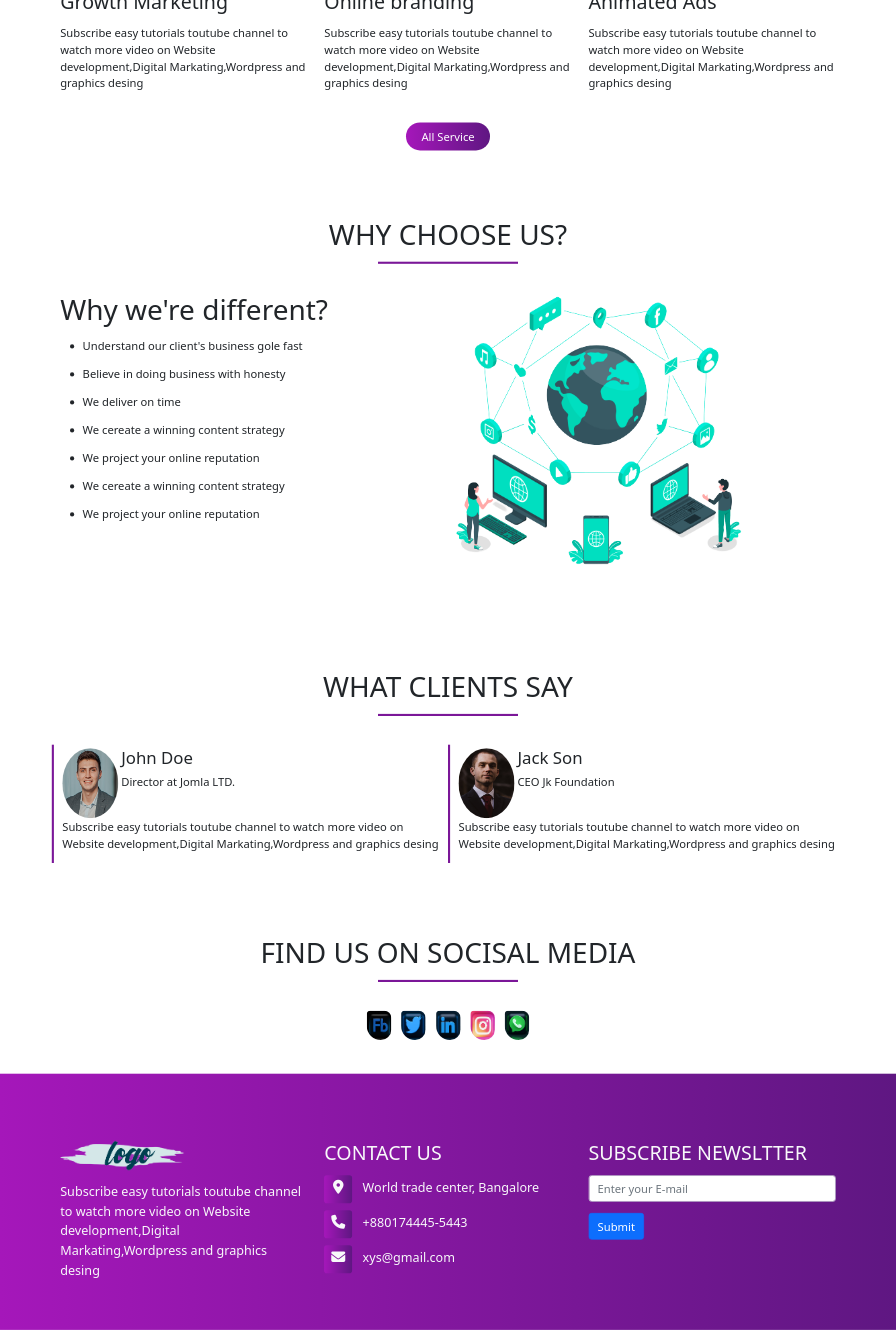
Repository: zjria/PSD-to-HTML-DIGITAL-AGENCY
Page: index.html
The author's editor kept a copy of each file at every save. The page is drawn from the files as they stood at one save, then again after the next save.
The browser window is 1280 px wide. The pictures show the part of the page from y = 797 to 2717 px (the page is 2697 px tall before and 2717 px after), at 70% of full size.
Some web libraries are served in a nearby version.

Above is the page before, as saved 2022-05-11 23:35:20.

After the next save:
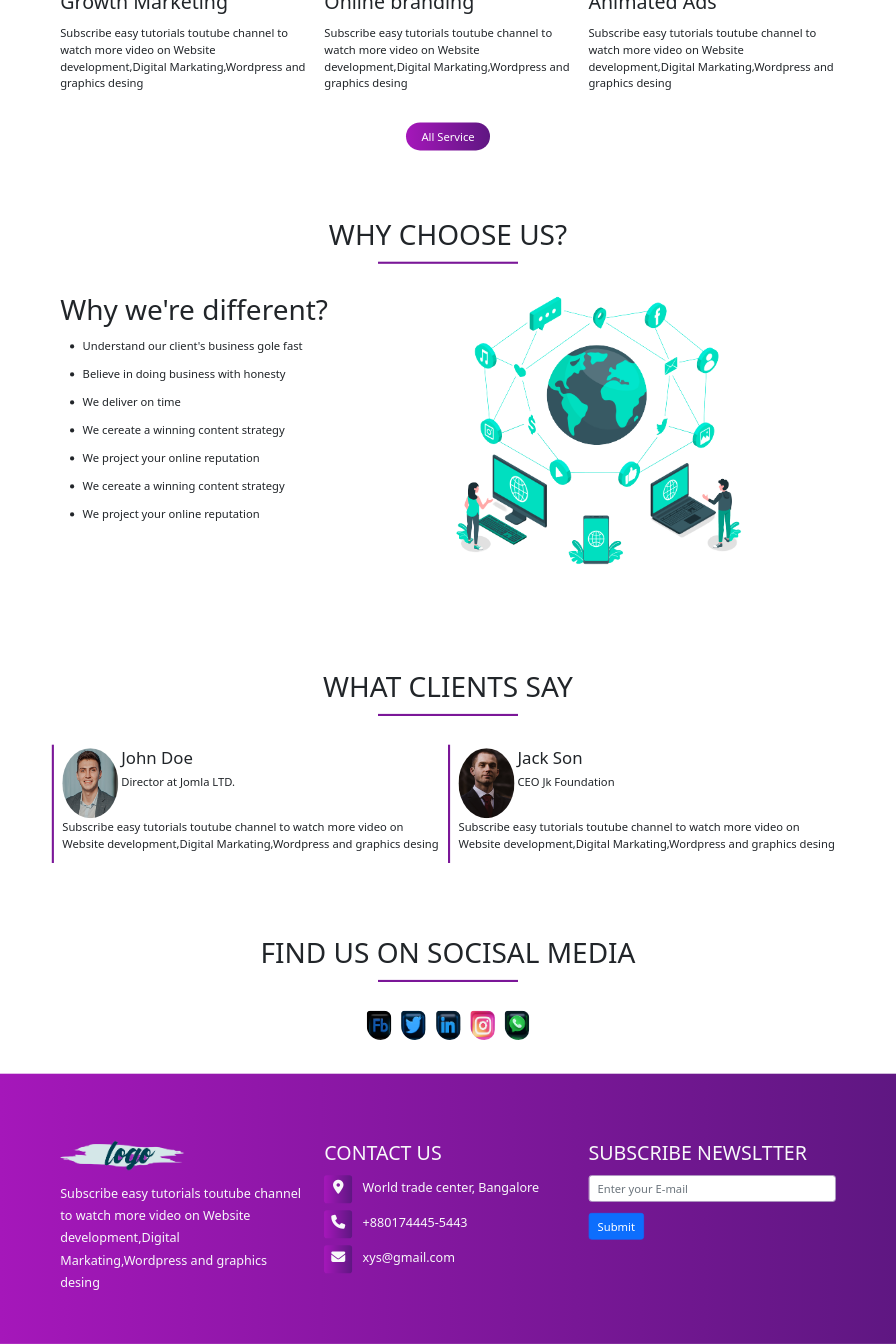
Saved 7 s later.
--- a/index.html
+++ b/index.html
@@ -181,7 +181,7 @@
         <div class="row mt-5">
           <div class="col-12 col-md-4 mb-2">
             <img src="img/h_logo.png" alt="" class="img-fluid w-50 mb-3">
-            <p style="font-size: 18px; line-height: 28px;">
+            <p style="font-size: 18px; line-height: 32px;">
               Subscribe easy tutorials toutube channel to watch more video on Website development,Digital Markating,Wordpress and graphics desing</p>
           </div>
           <div class="col-12 col-md-4 mb-2 contract-style">
